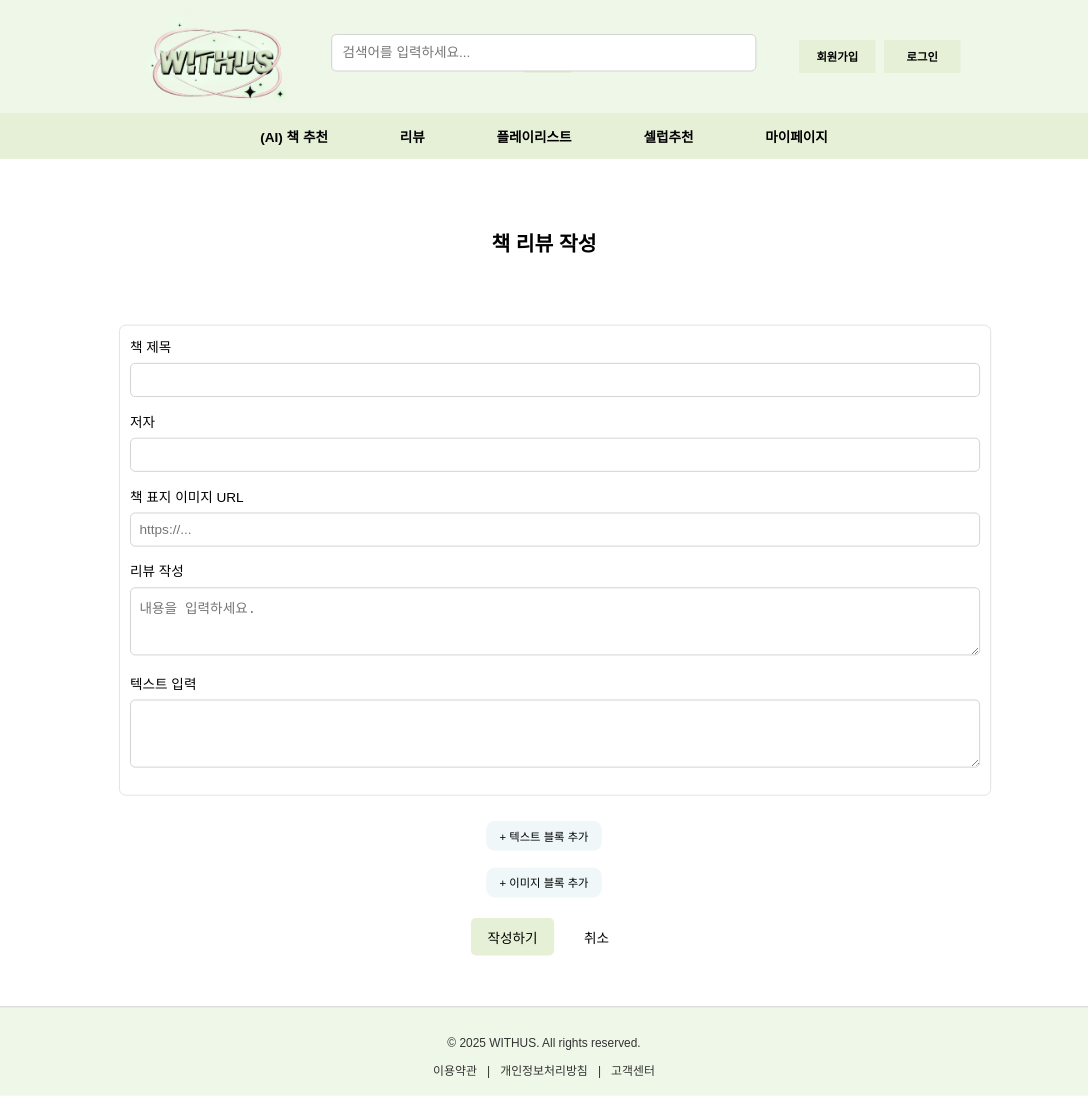
Repository: book-recommendation-team/book_recommendation_web_project
Page: http://localhost/2025_teamproject/reviewForm.jsp
The author's editor kept a copy of each file at every save. The page is drawn from the files as they stood at one save, then again after the next save.
The browser window is 1280 px wide. The pictures show the whole page, at 85% of full size.
The page is served by Tomcat 9. Other server files are loaded and not shown.

Above is the page before, as saved 2025-07-03 06:44:23.

### 2025_teamproject/src/main/webapp/reviewForm.jsp
<%@ page contentType="text/html; charset=UTF-8" language="java"%>
<!DOCTYPE html>
<html>
<link rel="stylesheet"
	href="https://cdnjs.cloudflare.com/ajax/libs/font-awesome/6.5.0/css/all.min.css" />
<link rel="stylesheet" href="./css/celebList.css" />
<%@ include file="css/main_css.jsp"%>
<link rel="icon" href="img/icon2.png" type="image/x-icon">
<head>
<title>리뷰 작성</title>
<style>
body {
	font-family: 'Arial', sans-serif;
	margin: 0;
	padding: 0;
	background-color: #fff;
}

.container {
	max-width: 1000px;
	margin: 30px auto;
	padding: 0 16px;
}

h2 {
	text-align: center;
	margin: 80px;
}

input[type="text"], input[type="file"], textarea {
	box-sizing: border-box;
	width: 100%;
	padding: 10px;
	margin-top: 8px;
	margin-bottom: 16px;
	border: 1px solid #ccc;
	border-radius: 6px;
	font-size: 1rem;
}

.editor-block {
	width: 100%;
	border: 1px solid #ddd;
	padding: 12px;
	border-radius: 8px;
	margin-bottom: 12px;
	background-color: #fff;
}

.editor-block textarea {
	resize: vertical;
	min-height: 80px;
}

.editor-block input[type="file"] {
	background-color: #f4f4f4;
}

.button-box {
	text-align: center;
	margin-top: 24px;
}

.button-box button {
	padding: 10px 20px;
	font-size: 1rem;
	border: none;
	border-radius: 6px;
	margin-left: 10px;
	cursor: pointer;
}

.submit-btn {
	background-color: #e6f0d7;
	color: black;
}

.cancel-btn {
	background-color: #fff;
	color: black;
}

.add-block-btn {
	display: block;
	margin: 0 auto 20px;
	padding: 8px 16px;
	border-radius: 10px;
	background-color: #eff7f8;
	color: black;
	border: none;
	cursor: pointer;
}
</style>
</head>

<body>
	<header>
		<div id="logo">
			<a href="main.jsp"> <img src="img/logo.png" alt="로고">
			</a>
		</div>

		<div class="search-group">
			<input type="text" id="search-box" placeholder="검색어를 입력하세요..." />
			<button id="search-btn">검색</button>
		</div>
		<div id="user-buttons">
			<button id="join-btn" onclick="location.href='join.jsp'">회원가입</button>
			<button id="login-btn" onclick="location.href='Login.jsp'">로그인</button>
		</div>
	</header>

	<nav>
		<a href="#">(AI) 책 추천</a> <a
			href="${pageContext.request.contextPath}/reviewList">리뷰</a> <a
			href="#">플레이리스트</a> <a
			href="${pageContext.request.contextPath}/celebList">셀럽추천</a> <a
			href="#">마이페이지</a>
	</nav>

	<div class="container">
		<h2>책 리뷰 작성</h2>
		<form action="submitReview" method="post"
			enctype="multipart/form-data">
			<div id="editor-area">
				<div class="editor-block">
					<label>책 제목</label> <input type="text" name="title" required>
					<label>저자</label> <input type="text" name="author" required>
					<label>책 표지 이미지 URL</label> <input type="text" name="coverImageUrl"
						placeholder="https://..." required> <label>리뷰 작성</label>
					<textarea name="reviewText" placeholder="내용을 입력하세요." required></textarea>

					<label>텍스트 입력</label>
					<textarea name="contentBlock1_text"></textarea>
				</div>
			</div>
		</form>
	</div>


	<!-- 블록 추가 버튼 -->
	<div style="text-align: center; margin-bottom: 20px;">
		<button type="button" class="add-block-btn"
			onclick="addEditorBlock('text')">+ 텍스트 블록 추가</button>
		<button type="button" class="add-block-btn"
			onclick="addEditorBlock('image')">+ 이미지 블록 추가</button>
	</div>

	<div class="button-box">
		<button type="submit" class="submit-btn">작성하기</button>
		<button type="button" class="cancel-btn" onclick="history.back()">취소</button>
	</div>
	</form>
	</div>

	<footer>
		<div class="footer-container">
			<p>&copy; 2025 WITHUS. All rights reserved.</p>
			<div class="footer-links">
				<a href="#">이용약관</a> | <a href="#">개인정보처리방침</a> | <a href="#">고객센터</a>
			</div>
		</div>
	</footer>

	<script>
	let blockCount = 1;

	function addEditorBlock(type) {
		blockCount++;
		const editorArea = document.getElementById("editor-area");

		const blockDiv = document.createElement("div");
		blockDiv.className = "editor-block";

		if (type === "text") {
			blockDiv.innerHTML = `
				<label>텍스트 입력</label>
				<textarea name="contentBlock${blockCount}_text"></textarea>
			`;
		} else if (type === "image") {
			blockDiv.innerHTML = `
				<label>이미지 업로드</label>
				<input type="file" name="contentBlock${blockCount}_image" accept="image/*">
			`;
		} else {
			alert("알 수 없는 블록 타입입니다.");
			return;
		}

		editorArea.appendChild(blockDiv);
	}
	</script>
</body>
</html>

### 2025_teamproject/src/main/webapp/css/main_css.jsp
<%@ page language="java" contentType="text/html; charset=UTF-8"
    pageEncoding="UTF-8"%>
<!DOCTYPE html>
<style>
  /* 기본 스타일 (기존 유지) */
body {
    font-family: 'Arial', sans-serif;
    margin: 0;
    padding: 0;
    background-color: #fff;
}

header {
    display: flex;
    justify-content: space-between;
    align-items: center;
    background-color: #eff7e8;
    padding: 0px;
}

#logo img {
    width: 200px;
    height: auto;
    margin-left: 150px;
}

#logo a img {
    cursor: pointer;
}

#search-box {
    padding: 12px;
    width: 500px;
    border: 1px solid #ccc;
    position: absolute;
    left: 50%;
    transform: translateX(-50%);
}

.search-group {
    position: absolute;
    left: 50%;
    transform: translateX(-50%);
    display: flex;
    align-items: center;
}

#search-btn {
    background-color: #e6f0d7;
    border: none;
    padding: 10px 16px;
    margin-left: 8px;
    font-weight: bold;
    cursor: pointer;
    border-radius: 4px;
}

#search-btn:hover {
    background-color: #cce0b8;
}

#logout-btn,
#user-buttons button {
    background-color: #e6f0d7;
    border: none;
    padding: 10px 16px;
    cursor: pointer;
    width: 90px;
    font-weight: bold;
}

nav {
    background-color: #e6f0d7;
    text-align: center;
    padding: 15px 0;
}

nav a {
    text-decoration: none;
    margin: 0 40px;
    color: #000;
    font-weight: bold;
}

nav a:hover {
    text-decoration: underline;
}

#user-buttons {
    display: flex;
    gap: 10px;
    margin-right: 150px;
}

.banner {
    position: relative;
    width: 100%;
    height: 650px;
    overflow: hidden;
    background-color: #ffe04d;
}

.banner img {
    position: absolute;
    top: 0;
    left: 0;
    width: 100%;
    height: 100%;
    object-fit: cover;
    object-position: center center;
    opacity: 0.8;
    z-index: 1;
}

.banner-controls {
    position: absolute;
    bottom: 10px;
    right: 10px;
    z-index: 3;
    display: flex;
    gap: 6px;
}

.banner-controls button {
    background-color: rgba(255, 193, 7, 0.9);
    border: none;
    padding: 6px 8px;
    font-size: 14px;
    border-radius: 5px;
    cursor: pointer;
    color: #000;
    transition: background-color 0.3s ease;
}

.banner-controls button:hover {
    background-color: rgba(255, 160, 0, 0.95);
}

.section-title {
    background-color: #e6f0d7;
    display: flex;
    justify-content: center;
    flex-wrap: wrap;
    gap: 34px;
    padding: 18px 0;
     width: 100%;        /* ✅ 추가 */
    margin: 8px 0;      /* ✅ 가운데 정렬 제거 */
}

.section-title a {
    text-decoration: none;
    margin: 0 20px;
    color: #000;
    font-weight: bold;
}

.section-title a:hover {
    text-decoration: underline;
}

.main_list {
    padding: 20px;
    text-align: center;
}

.tag-list {
    display: flex;
    justify-content: center;
    flex-wrap: wrap;
    gap: 12px;
    margin: 20px 0;
}

.tag-button {
    background-color: #e6f0d7; /* 기본 연그린 */
    border: 1px solid transparent;
    padding: 8px 16px;
    border-radius: 20px;
    font-size: 14px;
    color: #446b3c; /* 그린 계열 텍스트 */
    cursor: pointer;
    font-weight: 600;
    transition: background-color 0.3s, color 0.3s, border 0.3s;
    outline: none;
}

.tag-button:hover {
    background-color: #d0e6c5;             /* hover 시 약간 더 진한 그린 */
    color: #2e4f25;
}

.tag-button.active {
    background-color: #c0dab0;             /* 클릭됐을 때 조금 더 강조 */
    border: 1px solid #8cb78a;             /* 테두리도 자연스러운 초록 */
    color: #2e4f25;                        /* 글자도 어울리는 진한 그린 */
}

.tag-button:focus {
    outline: none;
    box-shadow: none;
}

/* 책 슬라이더 스타일 */
.book-carousel {
    position: relative;
    max-width: 1000px;
    margin: 0 auto 40px auto;
    overflow: hidden;
}

.carousel-window {
    width: 1000px;
    overflow: hidden;
    margin: 0 auto;
}

.carousel-track {
    display: flex;
    transition: transform 0.5s ease;
}

/* 이전/다음 버튼 - 위치 고정, 색상 조정 */
.carousel-btn {
    position: absolute;
    top: 50%;
    transform: translateY(-50%);
    font-size: 26px;
    background-color: #f3f8ef;
    border: none;
    color: #444;
    cursor: pointer;
    padding: 8px 12px;
    border-radius: 50%;
    z-index: 2;
    display: flex;
    align-items: center;
    justify-content: center;
    transition: background-color 0.3s, color 0.3s;
    user-select: none;
}

.carousel-btn:hover {
    background-color: #c8dfb5;
    color: #000;
}

.carousel-btn.prev {
    left: 10px;
}

.carousel-btn.next {
    right: 10px;
}

.book-item {
    flex: 0 0 25%;
    text-align: center;
    padding: 10px;
    box-sizing: border-box;
}

.book-item img {
    width: 180px;
    height: 260px;
    object-fit: cover;
    border-radius: 6px;
}

.book-info {
    margin-top: 8px;
}

.book-title {
    font-size: 14px;
    font-weight: bold;
    margin-top: 10px;
    color: #444;
}

.book-author {
    font-size: 12px;
    color: #666;
}

footer {
    background-color: #eff7e8;
    color: #333;
    padding: 20px 0;
    text-align: center;
    font-size: 14px;
    border-top: 1px solid #ccc;
    margin-top: 60px;
}

.footer-container {
    max-width: 1000px;
    margin: 0 auto;
}

.footer-links a {
    color: #333;
    text-decoration: none;
    margin: 0 8px;
}

.footer-links a:hover {
    text-decoration: underline;
}

 /* 이전/다음 버튼 스타일 */
#carousel-prev-btn, #carousel-next-btn {
    font-size: 18px;
    padding: 5px 12px;
    margin: 10px 5px 20px 5px;
    cursor: pointer;
    border: 1px solid #446b3c;
    background: white;
    color: #446b3c;
    border-radius: 4px;
}
#carousel-prev-btn:hover, #carousel-next-btn:hover {
    background-color: #446b3c;
    color: white;
}
</style>

### 2025_teamproject/src/main/webapp/css/celebList.css
@charset "UTF-8";

body {
	font-family: 'Arial', sans-serif;
	margin: 0;
	padding : 0;
	background-color: #fff;
	padding: 0;
}

.container {
	max-width: 1200px;
	margin: 30px auto;
}

.grid {
	display: grid;
	grid-template-columns: repeat(auto-fill, minmax(220px, 1fr));
	gap: 30px;
}

.card {
	margin-top: 20px;
	position: relative;
	background-color: #fff;
	border-radius: 5px;
	overflow: hidden;
	box-shadow: 0 4px 10px rgba(0, 0, 0, 0.08);
	transition: transform 0.2s ease;
	text-decoration: none;
	color: #000;
}

.card:hover {
	transform: translateY(-2px);
}

.card img {
	width: 100%;
	height: 260px;
	object-fit: cover;
}

.card-content {
	padding: 12px 14px;
}

.card-title {
	font-size: 1rem;
	font-weight: bold;
	margin-bottom: 5px;
}

.card-desc {
	font-size: 0.875rem;
	color: #555;
	line-height: 1.4;
	height: 2.6em;
	overflow: hidden;
	text-overflow: ellipsis;
}

/* 북마크 아이콘 */
.bookmark-icon {
	position: absolute;
	top: 12px;
	right: 12px;
	font-size: 1.2rem;
	color: rgba(255, 255, 255, 0.5);
	padding: 6px;
	border-radius: 50%;
	transition: color 0.2s ease;
}

.bookmark-icon:hover {
	color: #fff;
}

#topBtn {
	position: fixed;
	bottom: 40px;
	right: 40px;
	z-index: 9999;
	background-color: white;
	color: gray;
	border: none;
	border-radius: 50%;
	padding: 16px 18px;
	cursor: pointer;
	box-shadow: 0 8px 8px rgba(0,0,0,0.4);
	font-size: 1.5rem;
}

After the next save:
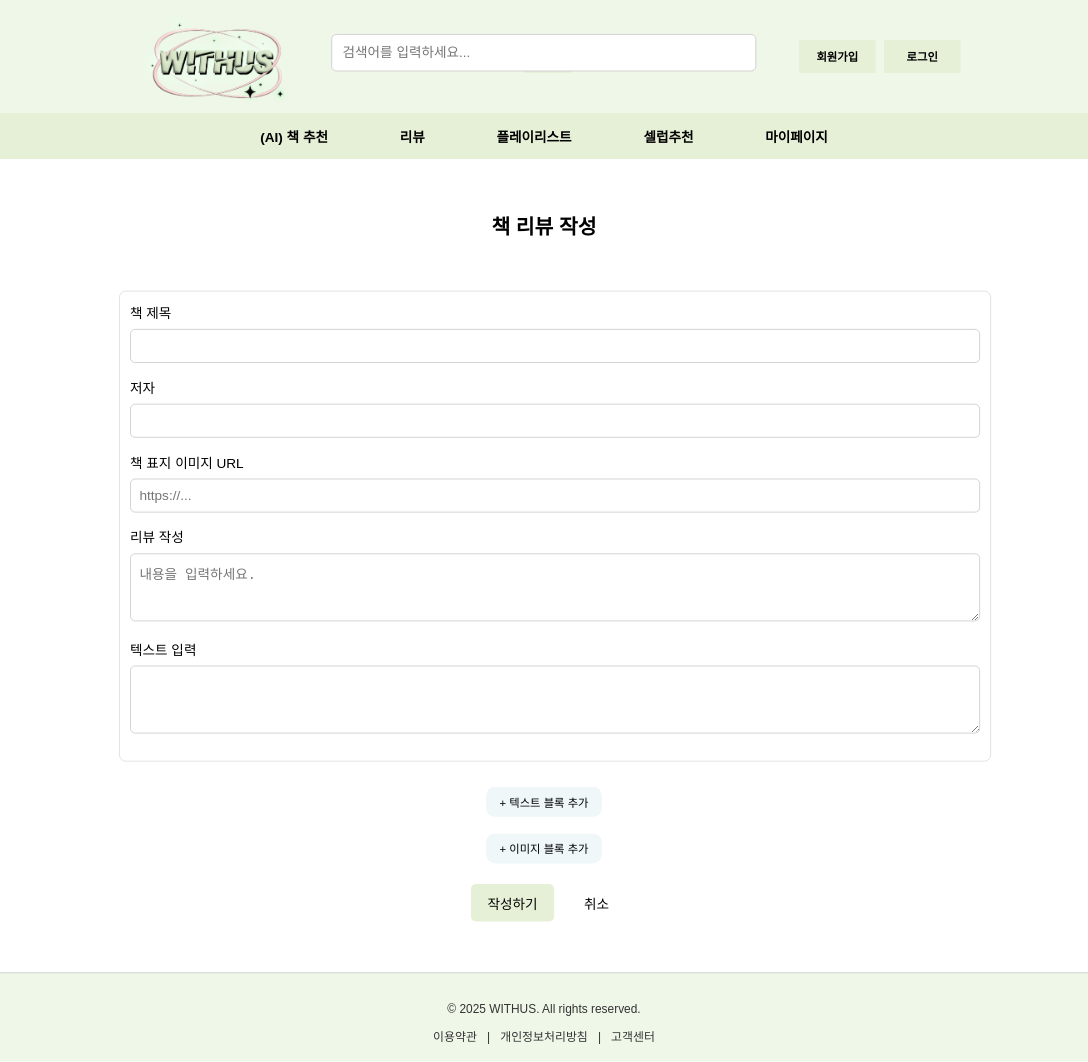
Saved 15 s later.
--- a/2025_teamproject/src/main/webapp/reviewForm.jsp
+++ b/2025_teamproject/src/main/webapp/reviewForm.jsp
@@ -24,7 +24,7 @@ body {
 
 h2 {
 	text-align: center;
-	margin: 80px;
+	margin: 60px;
 }
 
 input[type="text"], input[type="file"], textarea {
